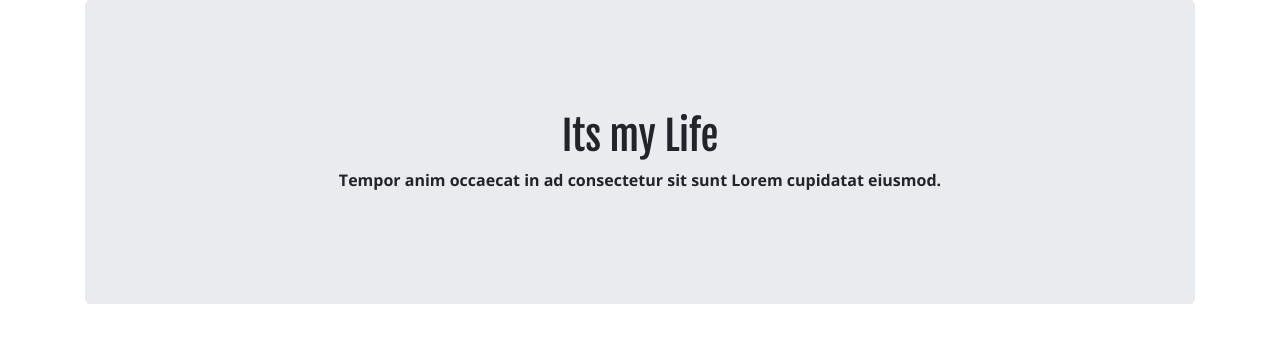
Repository: tanviredu/Data
Page: / (app in 28_vue_with_apis/vue-apis/)
These files come from the project's save history. The page is drawn as it stood at one moment and after the next save; the edit follows.
The browser window is 1280 px wide. The pictures show the whole page.
The project was rebuilt for these pictures with package versions that can differ from the ones it lists, and the page was loaded fresh each time.

Above is the page before, as saved 2020-07-13 08:55:08.

### 28_vue_with_apis/vue-apis/public/index.html
<!DOCTYPE html>
<html lang="en">
  <head>
    <meta charset="utf-8" />
    <meta http-equiv="X-UA-Compatible" content="IE=edge" />
    <meta name="viewport" content="width=device-width,initial-scale=1.0" />
    <link rel="icon" href="<%= BASE_URL %>favicon.ico" />
    <link
      href="https://fonts.googleapis.com/css2?family=Fjalla+One&family=Open+Sans:wght@700&display=swap"
      rel="stylesheet"
    />
    <title><%= htmlWebpackPlugin.options.title %></title>
  </head>
  <body>
    <noscript>
      <strong
        >We're sorry but <%= htmlWebpackPlugin.options.title %> doesn't work
        properly without JavaScript enabled. Please enable it to
        continue.</strong
      >
    </noscript>
    <div id="app"></div>
    <!-- built files will be auto injected -->
  </body>
</html>

### 28_vue_with_apis/vue-apis/src/main.js
import Vue from "vue";
import App from "./App.vue";

Vue.config.productionTip = false;

import "bootstrap";

import "../node_modules/bootstrap/dist/css/bootstrap.css";
import { library } from "@fortawesome/fontawesome-svg-core";
import {
  faPlus,
  faMinus,
  faTrash,
  faCheck,
  faPlay,
  faPause,
} from "@fortawesome/free-solid-svg-icons";
library.add(faPlus, faMinus, faTrash, faCheck, faPlay, faPause);

new Vue({
  render: (h) => h(App),
}).$mount("#app");

### 28_vue_with_apis/vue-apis/src/App.vue
<template>
  <div id="app" class="container">
    <current-song :song="currentSong" />
  </div>
</template>

<script>
//import { FontAwesomeIcon } from "@fortawesome/vue-fontawesome";
import currentSong from "./components/CurrentSong";

export default {
  name: "App",
  data() {
    return {
      currentSong: {
        name: "Its my Life",
        description:
          "Tempor anim occaecat in ad consectetur sit sunt Lorem cupidatat eiusmod."
      }
    };
  },
  components: {
    //FontAwesomeIcon,
    currentSong
  }
};
</script>

<style>
</style>

### 28_vue_with_apis/vue-apis/src/components/CurrentSong.vue
<template>
  <div>
    <div class="currentsong sticky-top jumbotron">
      <div class="currentsong-background position-relative">
        <div class="currentsong-backgroundimage position-absolute"></div>
        <div class="song-info d-flex justify-content-center align-items-center py-5">
          <div class="item container">
            <div class="row justify-content-center">
              <div class="song col-md-8 text-center">
                <h1 class="song-name" style="font-family: 'Fjalla One'">{{song.name}}</h1>
              </div>
              <div class="song col-md-12 text-center">
                <div
                  class="song-description px-2"
                  style="font-family: 'Open Sans', sans-serif;"
                >{{song.description}}</div>
              </div>
            </div>
          </div>
        </div>
      </div>
    </div>
  </div>
</template>

<script>
export default {
  name: "current-song",
  props: ["song"]
};
</script>

<style scoped>
</style>

After the next save:
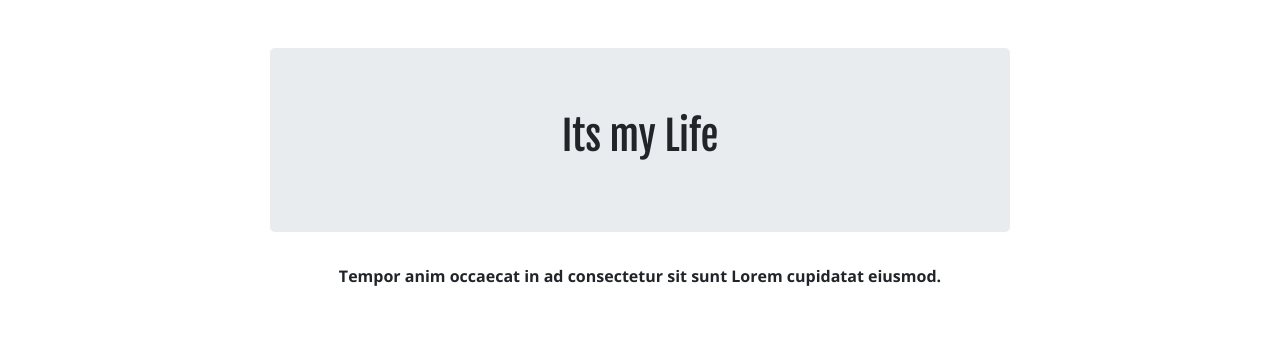
Saved 19 s later.
--- a/28_vue_with_apis/vue-apis/src/components/CurrentSong.vue
+++ b/28_vue_with_apis/vue-apis/src/components/CurrentSong.vue
@@ -1,12 +1,12 @@
 <template>
   <div>
-    <div class="currentsong sticky-top jumbotron">
+    <div class="currentsong sticky-top">
       <div class="currentsong-background position-relative">
         <div class="currentsong-backgroundimage position-absolute"></div>
         <div class="song-info d-flex justify-content-center align-items-center py-5">
           <div class="item container">
             <div class="row justify-content-center">
-              <div class="song col-md-8 text-center">
+              <div class="song col-md-8 text-center jumbotron">
                 <h1 class="song-name" style="font-family: 'Fjalla One'">{{song.name}}</h1>
               </div>
               <div class="song col-md-12 text-center">
